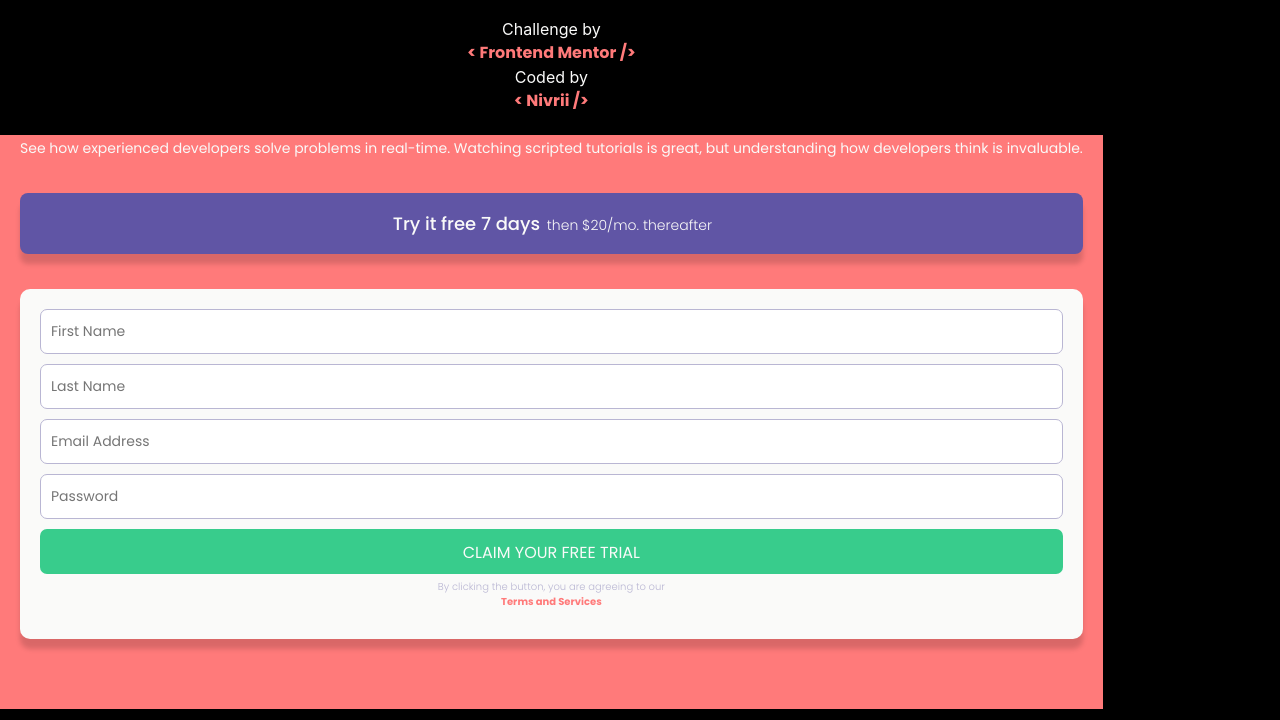
Repository: nivrii/intro-component-with-signup
Page: /
These files come from the project's save history. The page is drawn as it stood at one moment and after the next save; the edit follows.
The browser window is 1280 px wide. The pictures show the whole page.
The project was rebuilt for these pictures with package versions that can differ from the ones it lists, and the page was loaded fresh each time. Also part of the build but not shown: vite.config.js.

Above is the page before, as saved 2023-10-14 14:10:56.

After the next save:
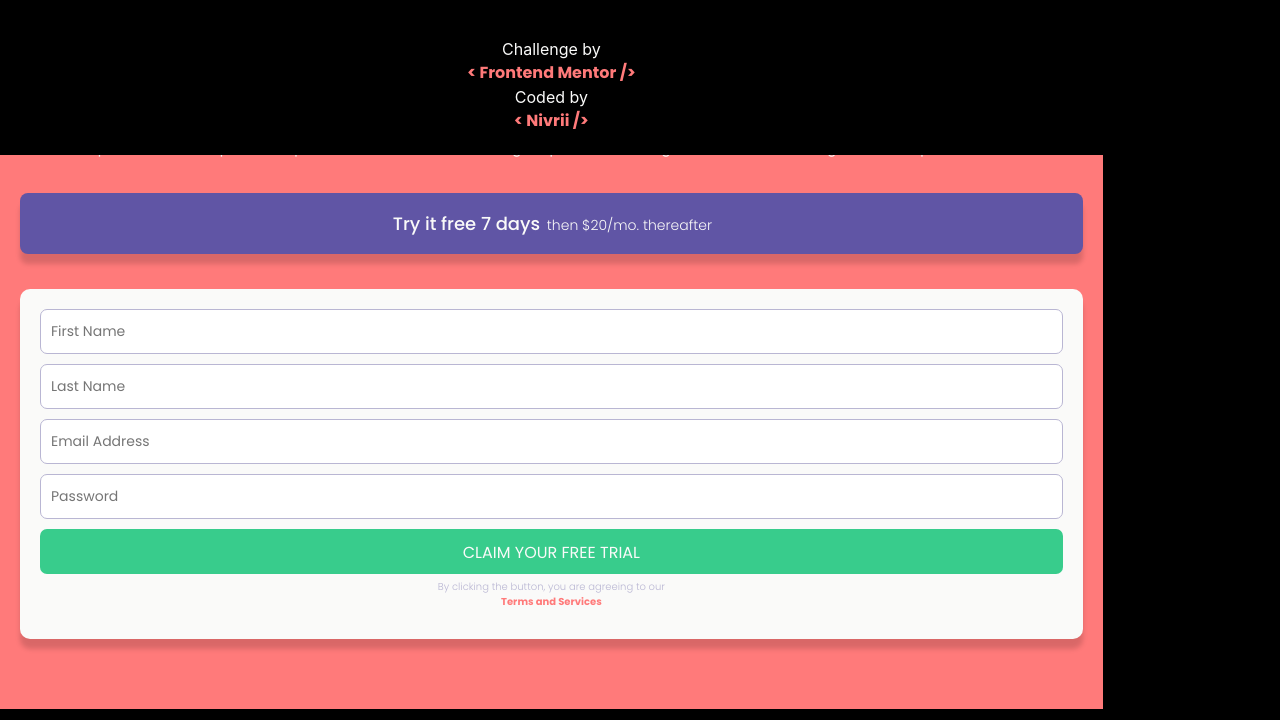
Saved 66 s later.
--- a/src/Footer/Footer.css
+++ b/src/Footer/Footer.css
@@ -4,8 +4,7 @@ footer {
   grid-area: b;
   width: 100%;
   height: 20vh;
-  background-color: #000 !important;
-  margin: -20px 0 0;
+  background-color: #000;
   padding: 10px;
 }
 .attribution {
